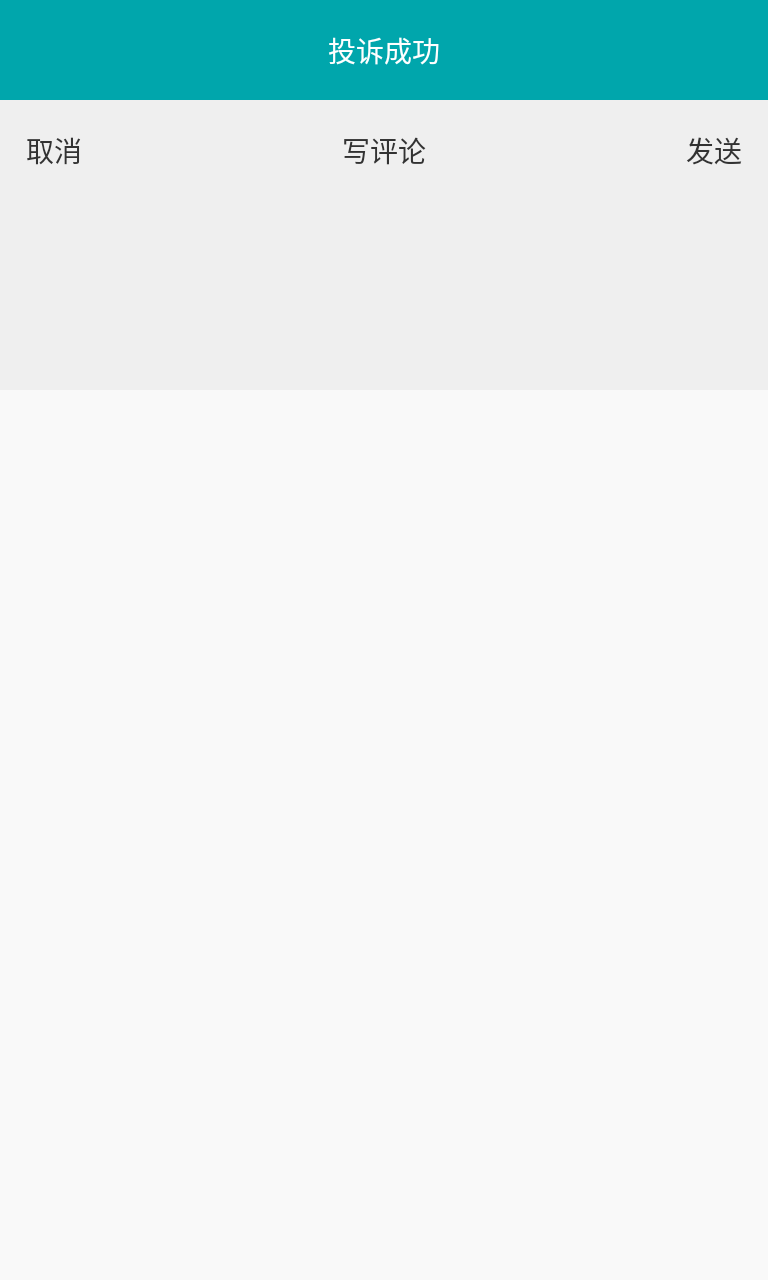
Repository: 2015-Forever/JWD
Layout: Jwd/res/layout/activity_complaint.xml
These files come from the project's save history. The layout is drawn as it stood at one moment and after the next save; the edit follows.
It is drawn on a 768 x 1280 px phone screen (xhdpi) without system bars, with theme AppTheme; the app's code is not run.

Above is the layout before, as saved 2015-07-16 07:27:26.

After the next save:
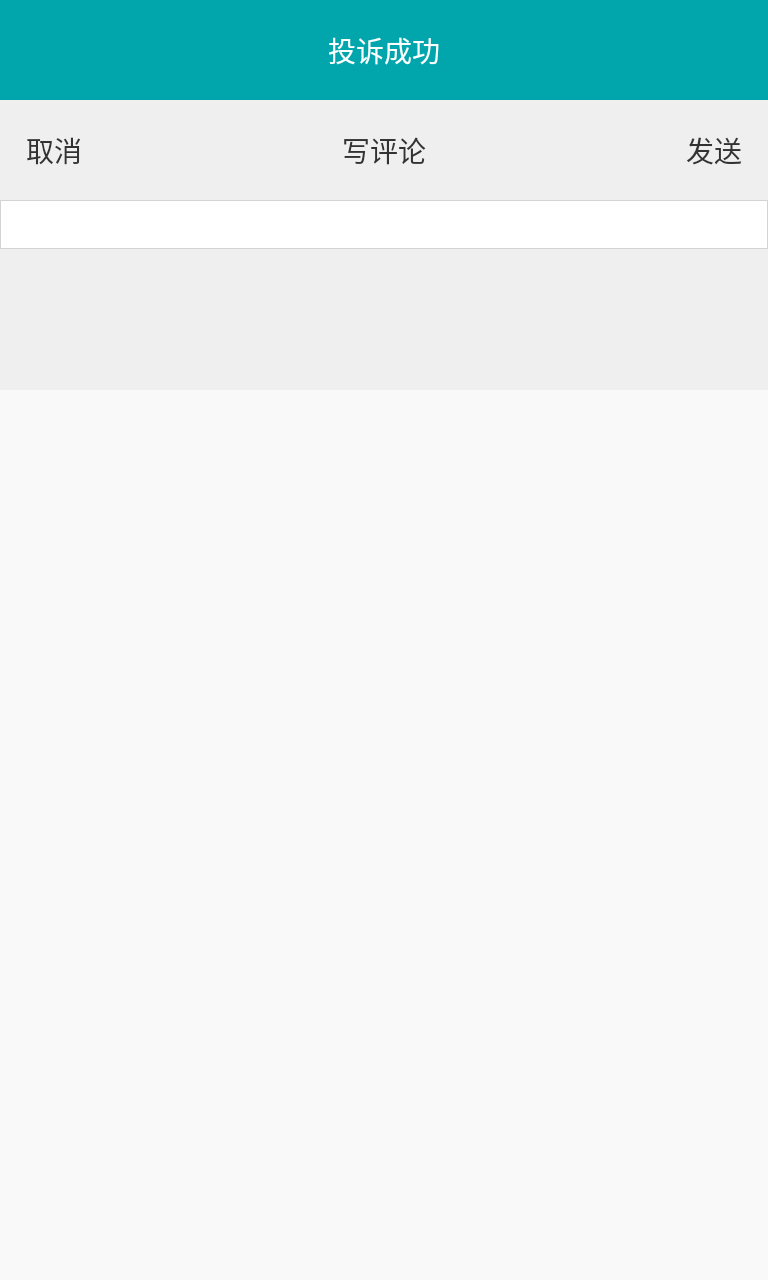
Saved 27 s later.
--- a/Jwd/res/layout/activity_complaint.xml
+++ b/Jwd/res/layout/activity_complaint.xml
@@ -21,7 +21,8 @@
     <LinearLayout
         android:layout_width="match_parent"
         android:layout_height="145dp"
-        android:background="#EFEFEF" >
+        android:background="#EFEFEF"
+        android:orientation="vertical">
 
         <LinearLayout
             android:layout_width="match_parent"
